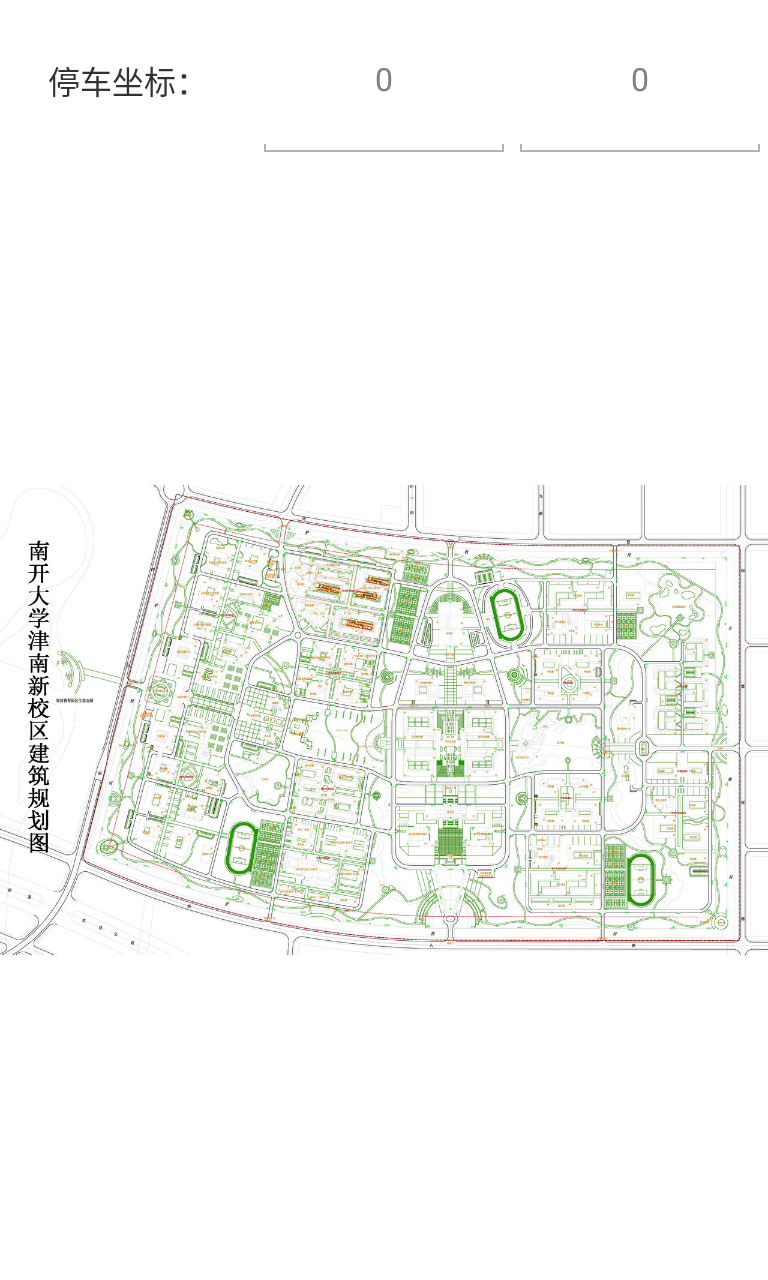
Repository: CovaWang/temporary_embedded
Layout: 7#车联·共享单车/代码/代码/res/layout/compass.xml
The author's editor kept a copy of each file at every save. The layout is drawn from the files as they stood at one save, then again after the next save.
It is drawn on a 768 x 1280 px phone screen (xhdpi) without system bars, with theme AppTheme; the app's code is not run.

Above is the layout before, as saved 2024-04-24 12:46:43.

### 7#车联·共享单车/代码/代码/res/layout/compass.xml
<?xml version="1.0" encoding="utf-8"?>
<LinearLayout xmlns:android="http://schemas.android.com/apk/res/android"
    android:layout_width="fill_parent"
    android:layout_height="match_parent"
    android:orientation="vertical" >

    <LinearLayout
       	android:layout_width="match_parent"
       	android:layout_height="match_parent"
       	android:orientation="horizontal"
		android:layout_weight="7">
	    <TextView
			android:layout_width="match_parent"
			android:layout_height="match_parent"
			android:gravity="center"
			android:text="停车坐标："
			android:textSize="16dp"
			android:layout_weight="1" />

	    <EditText
	        android:id="@+id/compass_text1"
			android:layout_width="match_parent"
			android:layout_height="match_parent"
			android:gravity="center"
			android:hint="0"
			android:textSize="16sp"
			android:textColor="#8A2BE2"
			android:layout_weight="1" />

	    <EditText
	        android:id="@+id/compass_text2"
			android:layout_width="match_parent"
			android:layout_height="match_parent"
			android:gravity="center"
			android:hint="0"
			android:textSize="16sp"
			android:textColor="#8A2BE2"
			android:layout_weight="1" />

	    <!-- <Button
	        android:id="@+id/compass_Button"
	        android:layout_width="match_parent"
			android:layout_height="match_parent"
			android:gravity="center"
	        android:background="@drawable/map_button"
	        android:layout_weight="1"  /> -->

   </LinearLayout>

    <ImageView
        android:id="@+id/compass_img"
        android:layout_width="match_parent"
        android:layout_height="match_parent"
        android:layout_gravity="center"
        android:src="@drawable/map"
        android:layout_weight="1" />
<FrameLayout>
    	android:layout_width="match_parent"
        android:layout_height="match_parent"
    <TextView
        android:id="@+id/compass_dot1"
        android:layout_width="114dp"
        android:layout_height="100dp"
        android:gravity="center"
        android:scaleType="fitCenter"
        android:text="(0,0)"
        android:textSize="16dp"
          />
   </FrameLayout>

</LinearLayout>

### 7#车联·共享单车/代码/代码/res/values/styles.xml
<resources>

    <!--
        Base application theme, dependent on API level. This theme is replaced
        by AppBaseTheme from res/values-vXX/styles.xml on newer devices.

    -->
    <style name="AppBaseTheme" parent="android:Theme.Light">
        <!--
            Theme customizations available in newer API levels can go in
            res/values-vXX/styles.xml, while customizations related to
            backward-compatibility can go here.

        -->
    </style>

    <!-- Application theme. -->
    <style name="AppTheme" parent="AppBaseTheme">
        <!-- All customizations that are NOT specific to a particular API-level can go here. -->
    </style>
    <!-- 高宽都包裹内容 -->
    <style name="wrapcontent">
        <item name="android:layout_width">wrap_content</item>
        <item name="android:layout_height">wrap_content</item>
    </style>

    <!-- 自定义对话框样式 -->
    <style name="dialog_custom" parent="android:style/Theme.Dialog">
        <item name="android:windowFrame">@null</item>
        <item name="android:windowNoTitle">true</item>
        <item name="android:background">#00000000</item>
        <item name="android:windowBackground">@android:color/transparent</item>
    </style>
    <!-- TextView 16sp样式 -->
    <style name="textview16sp" parent="wrapcontent">
        <item name="android:textSize">16sp</item>
        <item name="android:gravity">center_vertical</item>
    </style>

    <!-- TextView 14sp样式 -->
    <style name="textview12sp" parent="wrapcontent">
        <item name="android:textSize">12sp</item>
        <item name="android:gravity">center_vertical</item>
    </style>
    <!-- TextView 14sp样式 -->
    <style name="textview14sp" parent="wrapcontent">
        <item name="android:textSize">14sp</item>
        <item name="android:gravity">center_vertical</item>
    </style>

    <!-- 宽度为0dp,高度为包裹内容，权重为1 -->
    <style name="zero_widthwrapcontent">
        <item name="android:layout_width">0dp</item>
        <item name="android:layout_height">wrap_content</item>
        <item name="android:layout_weight">1</item>
    </style>

    <!-- 黄色14sp,图片间距为5dp的textview -->
    <style name="tvyellow14sp" parent="zero_widthwrapcontent">
        <item name="android:textSize">14sp</item>
        <item name="android:drawablePadding">3dp</item>
        <item name="android:gravity">center</item>
        <item name="android:textColor">@color/bright_yellow</item>
    </style>

</resources>

Loaded but not shown: 7#车联·共享单车/代码/代码/res/values-v11/styles.xml (common file); 7#车联·共享单车/代码/代码/res/values-v14/styles.xml (common file)

After the next save:
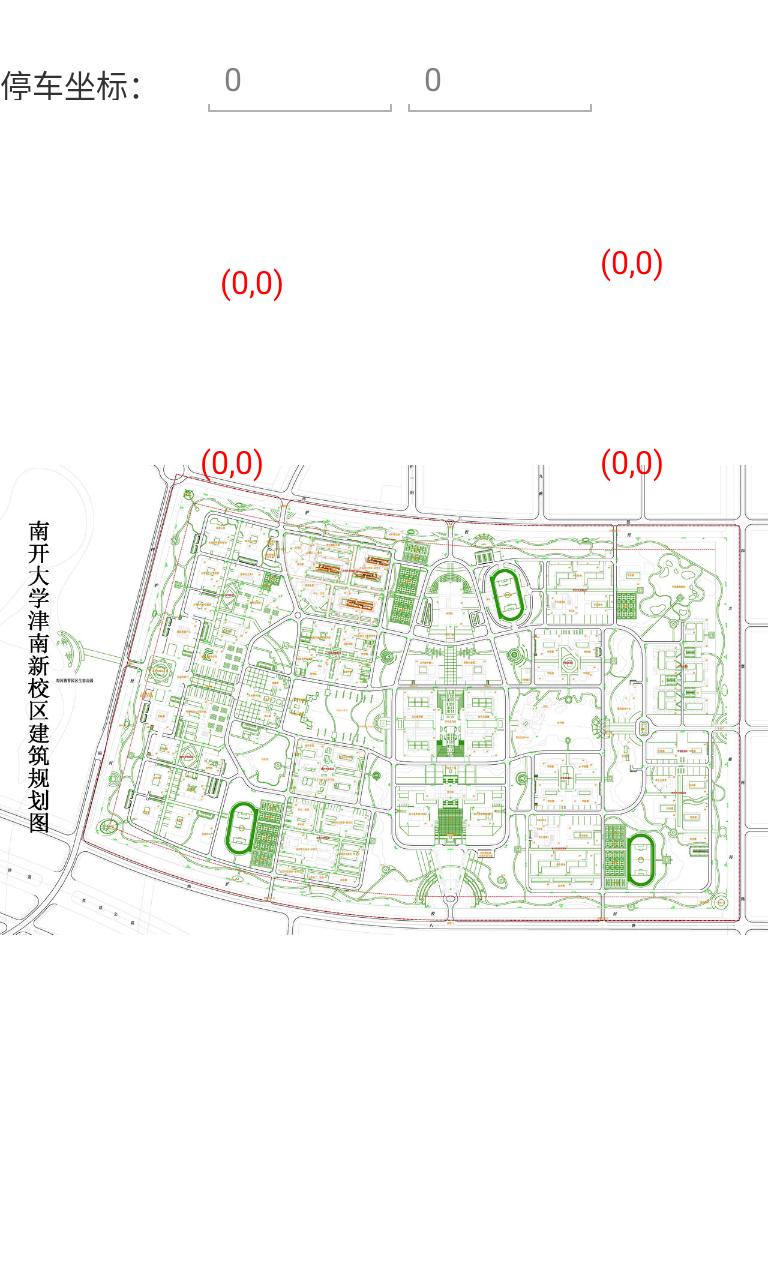
Saved 2 min 19 s later.
--- a/7#车联·共享单车/代码/代码/res/layout/compass.xml
+++ b/7#车联·共享单车/代码/代码/res/layout/compass.xml
@@ -1,27 +1,25 @@
 <?xml version="1.0" encoding="utf-8"?>
-<LinearLayout xmlns:android="http://schemas.android.com/apk/res/android"
+<RelativeLayout xmlns:android="http://schemas.android.com/apk/res/android"
     android:layout_width="fill_parent"
     android:layout_height="match_parent"
     android:orientation="vertical" >
 
-    <LinearLayout
-       	android:layout_width="match_parent"
-       	android:layout_height="match_parent"
-       	android:orientation="horizontal"
-		android:layout_weight="7">
+
 	    <TextView
-			android:layout_width="match_parent"
-			android:layout_height="match_parent"
-			android:gravity="center"
+			android:layout_width="100dp"
+			android:layout_height="20dp"
+			android:layout_marginTop='30dp'
+			android:layout_marginLeft='0dp'
 			android:text="停车坐标："
 			android:textSize="16dp"
 			android:layout_weight="1" />
 
 	    <EditText
 	        android:id="@+id/compass_text1"
-			android:layout_width="match_parent"
-			android:layout_height="match_parent"
-			android:gravity="center"
+			android:layout_width="100dp"
+			android:layout_height="40dp"
+			android:layout_marginTop='20dp'
+			android:layout_marginLeft='100dp'
 			android:hint="0"
 			android:textSize="16sp"
 			android:textColor="#8A2BE2"
@@ -29,43 +27,62 @@
 
 	    <EditText
 	        android:id="@+id/compass_text2"
-			android:layout_width="match_parent"
-			android:layout_height="match_parent"
-			android:gravity="center"
+			android:layout_width="100dp"
+			android:layout_height="40dp"
+			android:layout_marginTop='20dp'
+			android:layout_marginLeft='200dp'
 			android:hint="0"
 			android:textSize="16sp"
 			android:textColor="#8A2BE2"
 			android:layout_weight="1" />
 
-	    <!-- <Button
-	        android:id="@+id/compass_Button"
-	        android:layout_width="match_parent"
-			android:layout_height="match_parent"
-			android:gravity="center"
-	        android:background="@drawable/map_button"
-	        android:layout_weight="1"  /> -->
-
-   </LinearLayout>
 
     <ImageView
         android:id="@+id/compass_img"
         android:layout_width="match_parent"
         android:layout_height="match_parent"
-        android:layout_gravity="center"
+        android:layout_marginTop='60dp'
+	    android:layout_marginLeft='0dp'
         android:src="@drawable/map"
         android:layout_weight="1" />
-<FrameLayout>
-    	android:layout_width="match_parent"
-        android:layout_height="match_parent"
-    <TextView
-        android:id="@+id/compass_dot1"
-        android:layout_width="114dp"
-        android:layout_height="100dp"
-        android:gravity="center"
-        android:scaleType="fitCenter"
-        android:text="(0,0)"
-        android:textSize="16dp"
-          />
-   </FrameLayout>
 
-</LinearLayout>
+     <TextView
+         android:layout_width="match_parent"
+         android:layout_height="match_parent"
+         android:layout_weight="1"
+         android:layout_marginTop='220dp'
+	     android:layout_marginLeft='100dp'
+         android:text="(0,0)"
+         android:textColor="#FF0000"
+         android:textSize="16dp" />
+
+     <TextView
+         android:layout_width="match_parent"
+         android:layout_height="match_parent"
+         android:layout_weight="1"
+         android:layout_marginTop='220dp'
+	     android:layout_marginLeft='300dp'
+         android:text="(0,0)"
+         android:textColor="#FF0000"
+         android:textSize="16dp" />
+
+     <TextView
+         android:layout_width="match_parent"
+         android:layout_height="match_parent"
+         android:layout_weight="1"
+         android:layout_marginTop='120dp'
+	     android:layout_marginLeft='300dp'
+         android:text="(0,0)"
+         android:textColor="#FF0000"
+         android:textSize="16dp" />
+
+      <TextView
+         android:layout_width="match_parent"
+         android:layout_height="match_parent"
+         android:layout_weight="1"
+         android:layout_marginTop='130dp'
+	     android:layout_marginLeft='110dp'
+         android:text="(0,0)"
+         android:textColor="#FF0000"
+         android:textSize="16dp" />
+</RelativeLayout>
